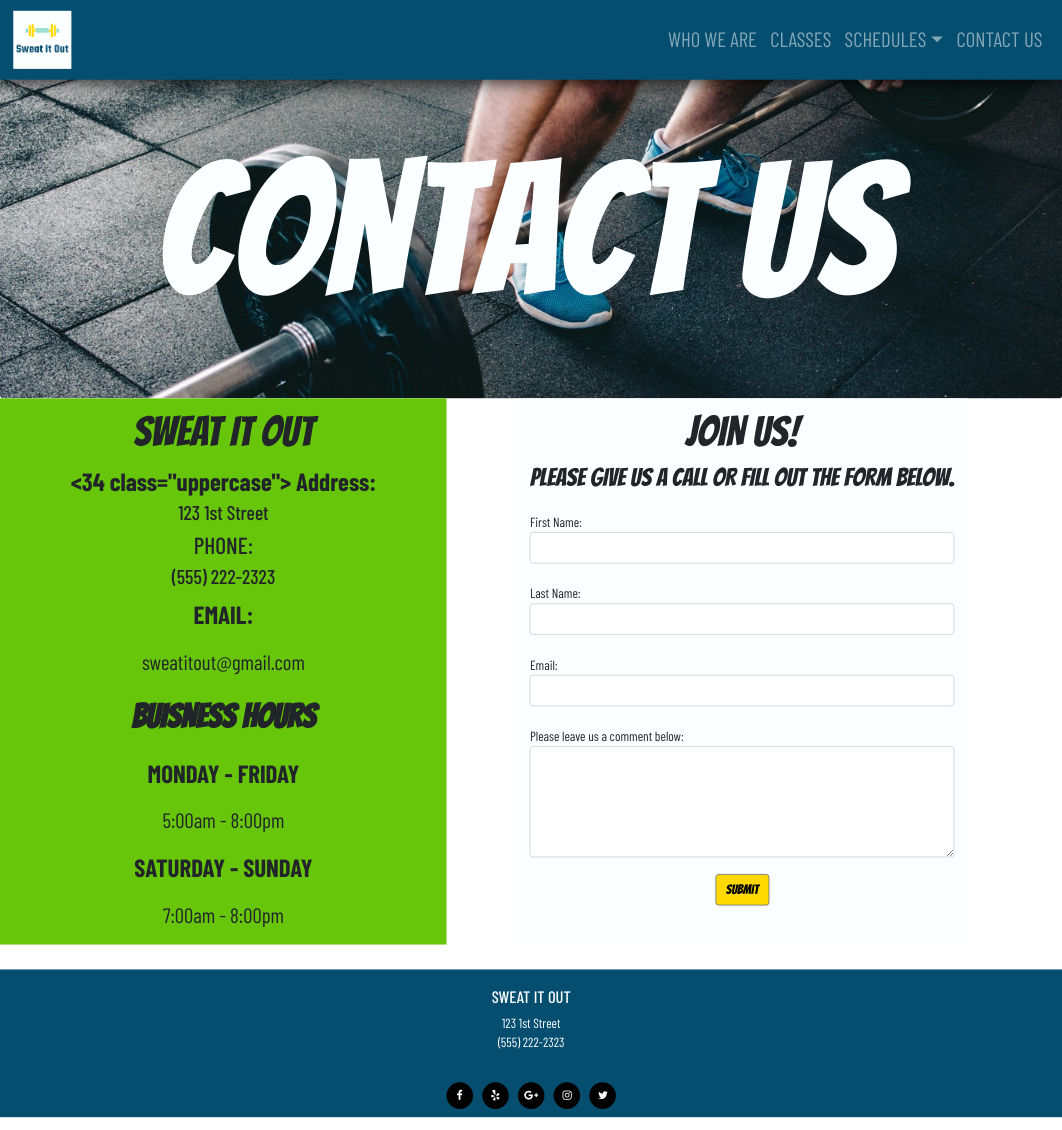
Repository: amybru/sweatitout
Page: contact.html
The author's editor kept a record of every edit. The page is drawn from the files as they stood at one moment, then again after the next edit.
The browser window is 1280 px wide. The pictures show the whole page, at 83% of full size.
Some web fonts or font styles are not loaded; a fallback is used. Some web libraries are served in a nearby version.

Above is the page before.

After the next edit:
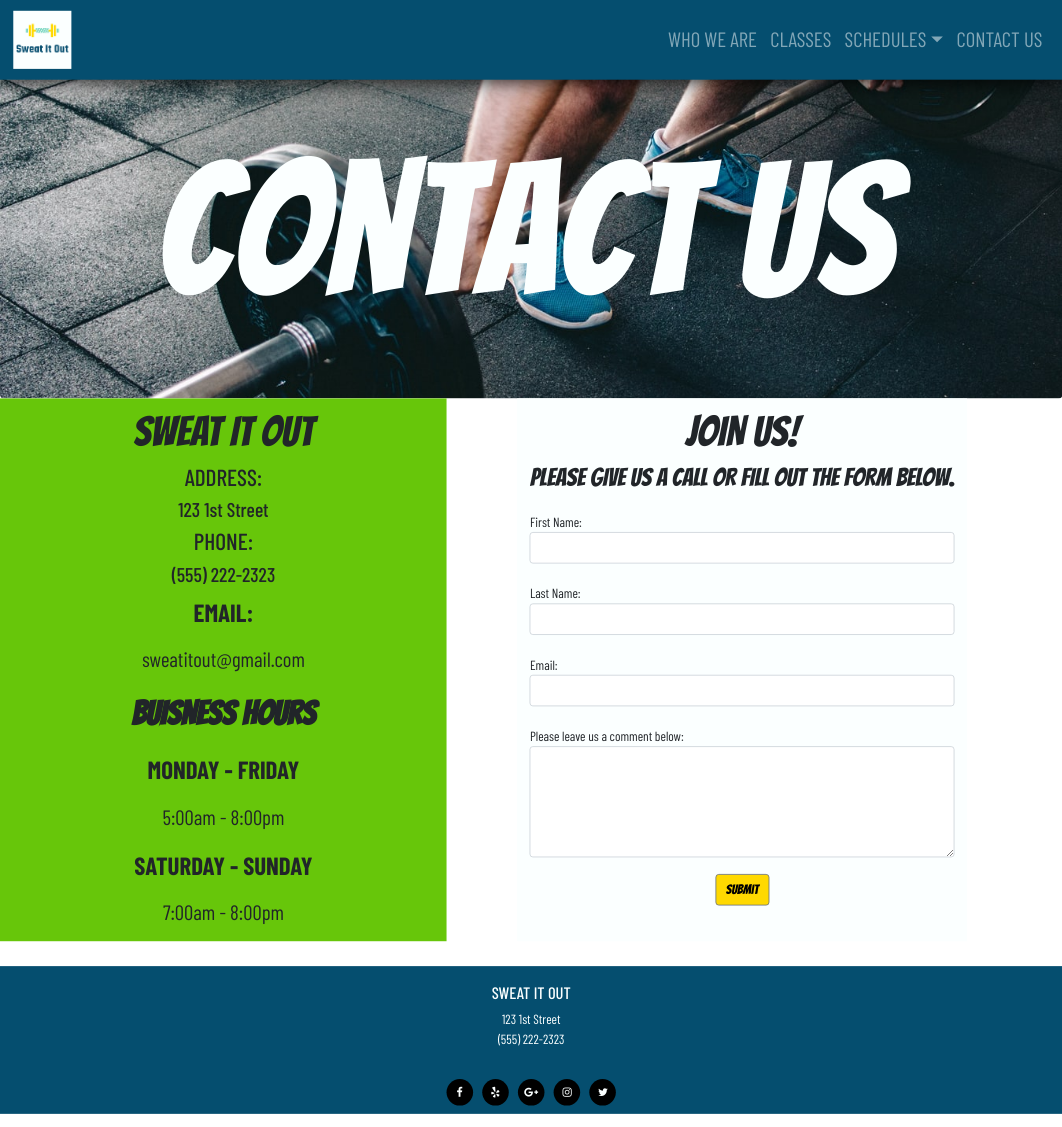
The edit:
--- a/contact.html
+++ b/contact.html
@@ -68,7 +68,7 @@
                </div>
                <div class="contact-info-item">
                   <div class="key">
-                     <34 class="uppercase">
+                     <h3 class="uppercase">
                         Address:
                      </h3>
                   </div>
